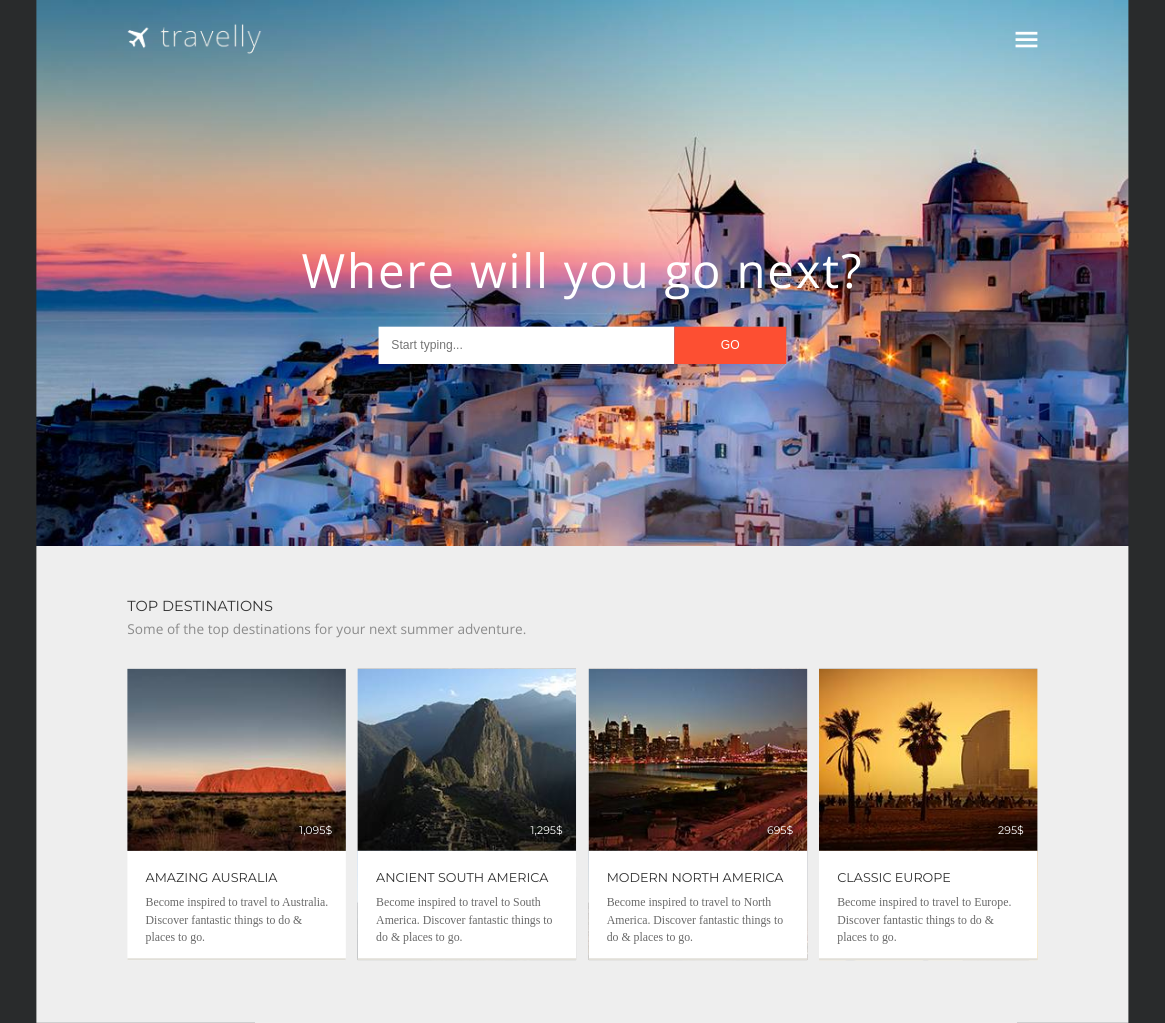
Repository: YusifHasanov/Web-Page-Template
Page: index.html
These files come from the project's save history. The page is drawn as it stood at one moment and after the next save; the edit follows.
The browser window is 1280 px wide. The pictures show the whole page, at 91% of full size.

Above is the page before, as saved 2021-12-05 21:49:39.

After the next save:
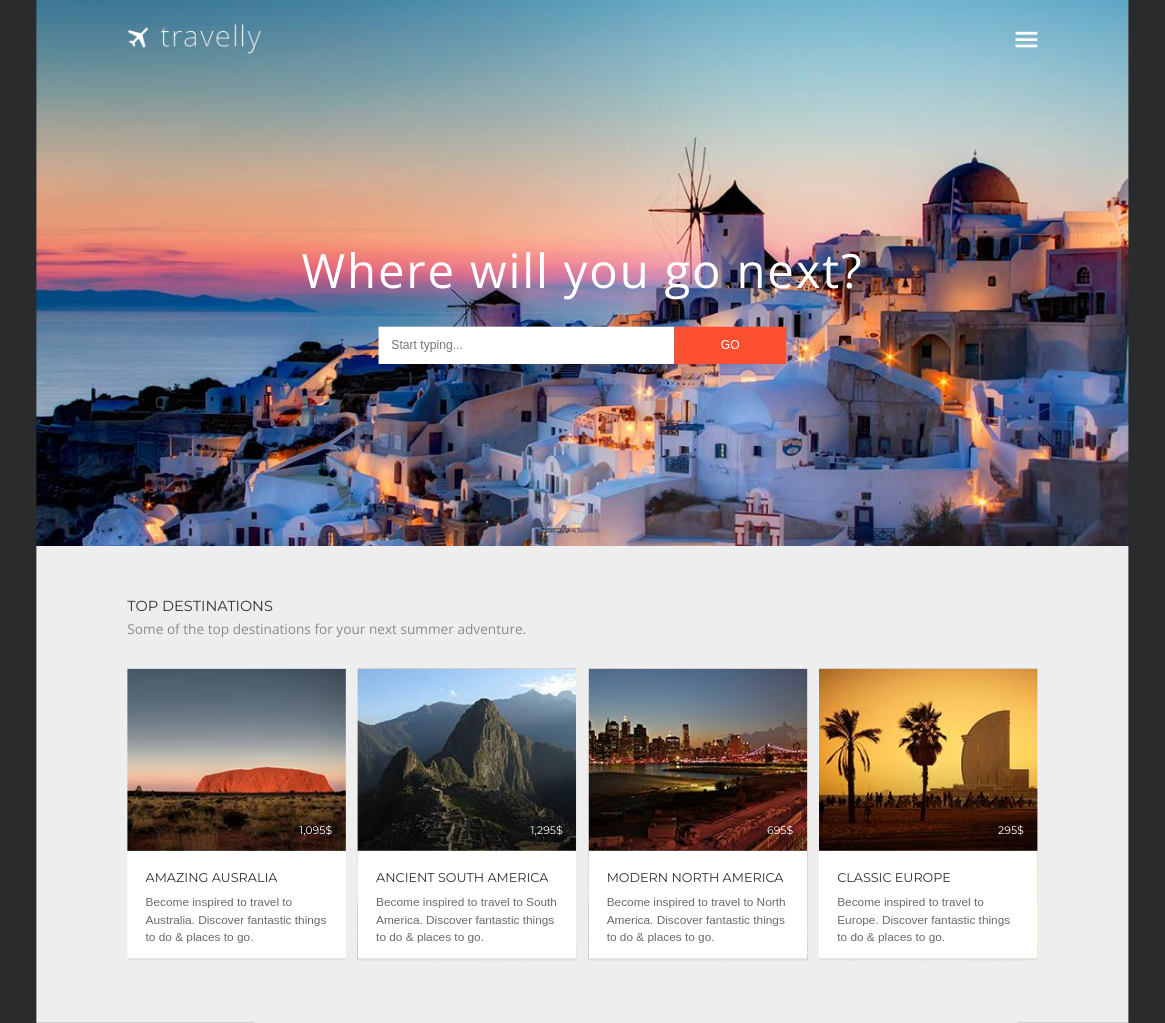
Saved 7 s later.
--- a/css/style.css
+++ b/css/style.css
@@ -170,6 +170,6 @@ button[type='submit'] {
   color: #696969;
   font-weight: 400;
   margin-top: 9px;
-  font-family:'' ;
+  font-family:'Open-sans',sans-serif ;
 
 }
